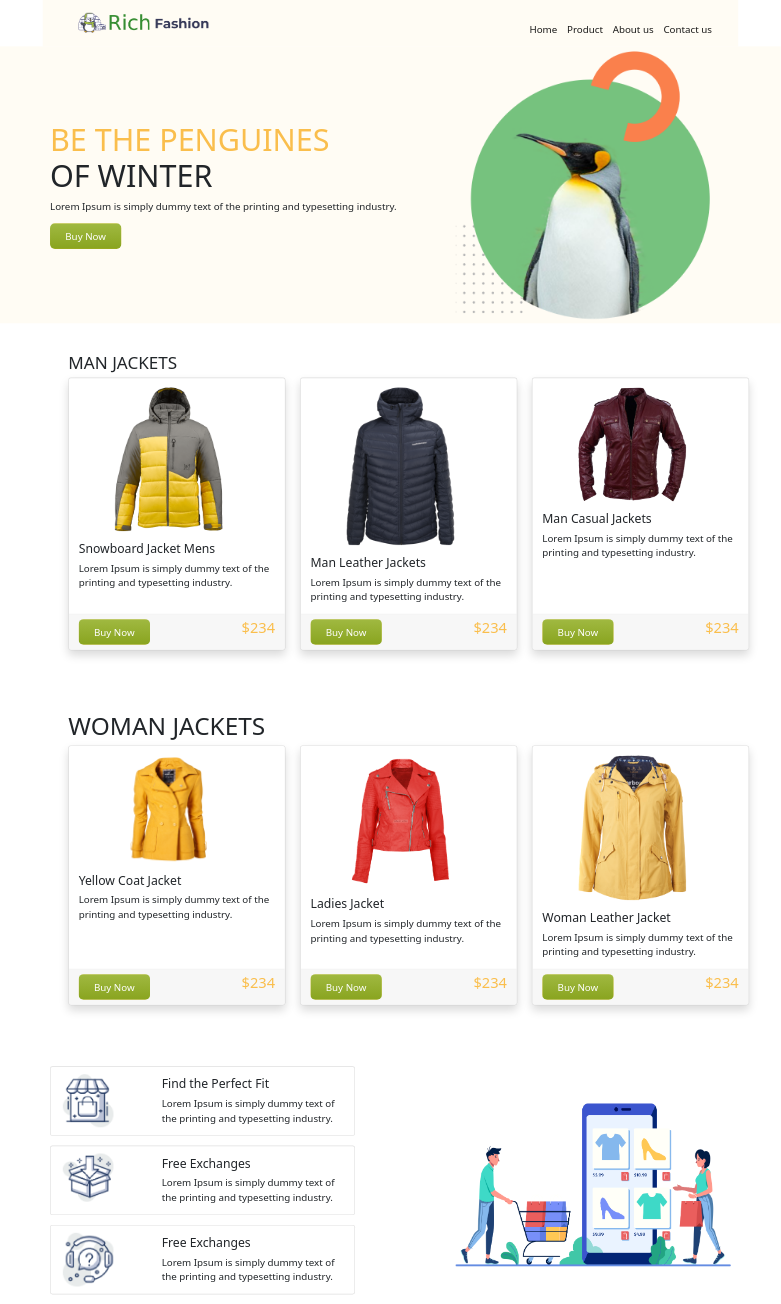
Repository: sabbircse3/fashion
Page: index.html
The author's editor kept a copy of each file at every save. The page is drawn from the files as they stood at one save, then again after a run of saves.
The browser window is 1280 px wide. The pictures show the whole page, at 61% of full size.

Above is the page before, as saved 2021-01-14 04:17:33.

### index.html
<!DOCTYPE html>
<html lang="en">
<head>
    <meta charset="UTF-8">
    <meta name="viewport" content="width=device-width, initial-scale=1.0">
    <title>Rich Fashion</title>

    <link rel="stylesheet" href="css/bootstrap.min.css">
    <style>
        .bg{
            background-color: #fffbf0be;
        }
        #hmenu{
            margin: 20px 0px 0px 500px;
        }
        .half-width{
            width: 35%;
            float: left;
            margin-left: 9%;
            padding-left: 2%;
        }
        .half-width h1{
            margin-top: 150px;
        }
        .half-width img{
            width: 100%;
        }

        h1{
            font-size: 50px;
        }
        h2{
            font-size: 40px;
        }
        .name-highlight{
            color: #FABE4C;
        }
        .names{
            margin:0px 0px 100px 100px;
            position: relative;
            background-color: white;
        }
        .secound{


        }
        .secound-img{
            image-orientation: inherit;

        }
        .h-100 {
    height: 100%!important;
}
.center{
    display: block;
    margin-left:75px;
    margin-top: 15px;
    width: 50%;
}
.img-card-icon{
    margin-left: 20px;
    width: 50%;
    margin-top: 12px;
}
.btn{
    background-image: linear-gradient(to bottom, #A0B941 0%, #89A41F 100%);
    color: #fff;
    border: none;
    border-radius: 8px;
    padding: 9px 25px;
    cursor: pointer;
}
h4{
    position: relative;
    float: right;
    font-size: 30px solid;
    color: #FABE4C;
}

    </style>
</head>
<body>
    <header class="container bg">

        <nav class="navbar navbar-expand-lg navbar-light ">
            <div class="container-fluid">

              <a class="navbar-brand" href="#"><img src="images/Group 33072.png" alt="" width="250px"></a>

              <button class="navbar-toggler" type="button" data-bs-toggle="collapse" data-bs-target="#navbarNavAltMarkup" aria-controls="navbarNavAltMarkup" aria-expanded="false" aria-label="Toggle navigation">
                <span class="navbar-toggler-icon"></span>
              </button>

              <div class="collapse navbar-collapse hmenu"navbarNavAltMarkup">

                <div  class="navbar-nav" id="hmenu" >
                  <a class="nav-link active" aria-current="page" href="#">Home</a>
                  <a class="nav-link active" href="#">Product</a>
                  <a class="nav-link active" href="#">About us</a>
                  <a class="nav-link active" href="#" tabindex="-1" aria-disabled="true">Contact us</a>
                </div>
              </div>
            </div>
          </nav>
    </header>


    <section class="bg">
    <div class="container ">
        <div id="carouselExampleControls" class="carousel slide orange-bg" data-ride="carousel">
            <div class="carousel-inner">
              <div class="carousel-item active">
                <div class="row align-items-center">
                    <div class="col-md-7">
                        <h1><span class="name-highlight">BE THE PENGUINES <br></span>OF WINTER</h1>
                        <p>Lorem Ipsum is simply dummy text of the printing and typesetting industry.</p>
                        <button class="btn btn-warning">Buy Now</button>
                    </div>
                    <div class="col-md-5">
                        <img src="images/penguin.png" class="d-block w-100" alt="...">
                    </div>
                </div>



            </div>

          </div>
    </div>
</section>

    <section class="mt-5 names container">
        <h3>MAN JACKETS</h3>
        <div class="row row-cols-1 row-cols-md-3 g-4">
            <div class="col">
                <div class="card h-100 shadow">
                    <img src="images/image 11.png" class="card-img-top center" alt="...">
                    <div class="card-body">
                        <h5 class="card-title">Snowboard Jacket Mens</h5>
                        <p class="card-text">Lorem Ipsum is simply dummy text of the printing and typesetting industry.</p>
                    </div>
                    <div class="card-footer">
                        <h4>$234</h4>
                        <button class="btn btn-warning">Buy Now</button>
                    </div>
                </div>
            </div>
            <div class="col">
                <div class="card h-100 shadow">
                    <img src="images/toppng 1.png" class="card-img-top center" alt="...">
                    <div class="card-body">
                        <h5 class="card-title">Man Leather Jackets</h5>
                        <p class="card-text">Lorem Ipsum is simply dummy text of the printing and typesetting industry.</p>
                    </div>
                    <div class="card-footer">
                        <h4>$234</h4>
                        <button class="btn btn-warning">Buy Now</button>
                    </div>
                </div>
            </div>
            <div class="col">
                <div class="card h-100 shadow">
                    <img src="images/vippng 1.png" class="card-img-top center" alt="...">
                    <div class="card-body">
                        <h5 class="card-title">Man Casual Jackets</h5>
                        <p class="card-text">Lorem Ipsum is simply dummy text of the printing and typesetting industry.</p>
                    </div>
                    <div class="card-footer">
                        <h4>$234</h4>
                        <button class="btn btn-warning">Buy Now</button>
                    </div>
                </div>
            </div>
        </div>
    </section>

    <section class="mt-5 names container">
        <h2>WOMAN JACKETS</h2>
        <div class="row row-cols-1 row-cols-md-3 g-4">
            <div class="col">
                <div class="card h-100 shadow">
                    <img src="images/SeekPng 1.png" class="card-img-top center" alt="...">
                    <div class="card-body">
                        <h5 class="card-title">Yellow Coat Jacket</h5>
                        <p class="card-text">Lorem Ipsum is simply dummy text of the printing and typesetting industry.</p>
                    </div>
                    <div class="card-footer">
                        <h4>$234</h4>
                        <button class="btn btn-warning">Buy Now</button>
                    </div>
                </div>
            </div>
            <div class="col">
                <div class="card h-100 shadow">
                    <img src="images/image 15.png" class="card-img-top center" alt="...">
                    <div class="card-body">
                        <h5 class="card-title">Ladies Jacket</h5>
                        <p class="card-text">Lorem Ipsum is simply dummy text of the printing and typesetting industry.</p>
                    </div>
                    <div class="card-footer">
                        <h4>$234</h4>
                        <button class="btn btn-warning">Buy Now</button>
                    </div>
                </div>
            </div>
            <div class="col">
                <div class="card h-100 shadow">
                    <img src="images/PngItem_2597366 1.png" class="card-img-top center" alt="...">
                    <div class="card-body">
                        <h5 class="card-title">Woman Leather Jacket</h5>
                        <p class="card-text">Lorem Ipsum is simply dummy text of the printing and typesetting industry.</p>
                    </div>
                    <div class="card-footer">
                        <h4>$234</h4>
                        <button class="btn btn-warning">Buy Now</button>
                    </div>
                </div>
            </div>
        </div>
    </section>

    <section>
        <div class="container ">
            <div id="carouselExampleControls" class="carousel slide orange-bg" data-ride="carousel">
                <div class="carousel-inner">
                  <div class="carousel-item active">
                    <div class="row align-items-center">
                        <div class="col-md-7">
                            <div class="card mb-3" style="max-width: 500px;">
                                <div class="row g-0">
                                  <div class="col-md-4">
                                    <img src="images/image 12.png" alt="..." width="80px" class="img-card-icon">
                                  </div>
                                  <div class="col-md-8">
                                    <div class="card-body">
                                      <h5 class="card-title">Find the Perfect Fit
                                    </h5>
                                      <p class="card-text">Lorem Ipsum is simply dummy text of the printing and typesetting industry.</p>

                                    </div>
                                  </div>
                                </div>
                              </div>
                              <div class="card mb-3" style="max-width: 500px;">
                                <div class="row g-0">
                                  <div class="col-md-4">
                                    <img src="images/image 13.png" alt="..." width="80px" class="img-card-icon">
                                  </div>
                                  <div class="col-md-8">
                                    <div class="card-body">
                                      <h5 class="card-title">Free Exchanges</h5>
                                      <p class="card-text">Lorem Ipsum is simply dummy text of the printing and typesetting industry.</p>
                                    </div>
                                  </div>
                                </div>
                              </div>
                              <div class="card mb-3" style="max-width: 500px;">
                                <div class="row g-0">
                                  <div class="col-md-4">
                                    <img src="images/image 14.png" alt="..." width="80px" class="img-card-icon">
                                  </div>
                                  <div class="col-md-8">
                                    <div class="card-body">
                                      <h5 class="card-title">Free Exchanges</h5>
                                      <p class="card-text">Lorem Ipsum is simply dummy text of the printing and typesetting industry.</p>

                                    </div>
                                  </div>
                                </div>
                              </div>
                        </div>
                        <div class="col-md-5">
                            <img src="images/XMLID 1.png" class="d-block w-100" alt="...">
                        </div>
                    </div>
                </div>
              </div>
        </div>
    </section>

    <script src="js/bootstrap.min.js"></script>
</body>
</html>

Loaded but not shown: css/bootstrap.min.css (library); js/bootstrap.min.js (library)

After the next 2 saves:
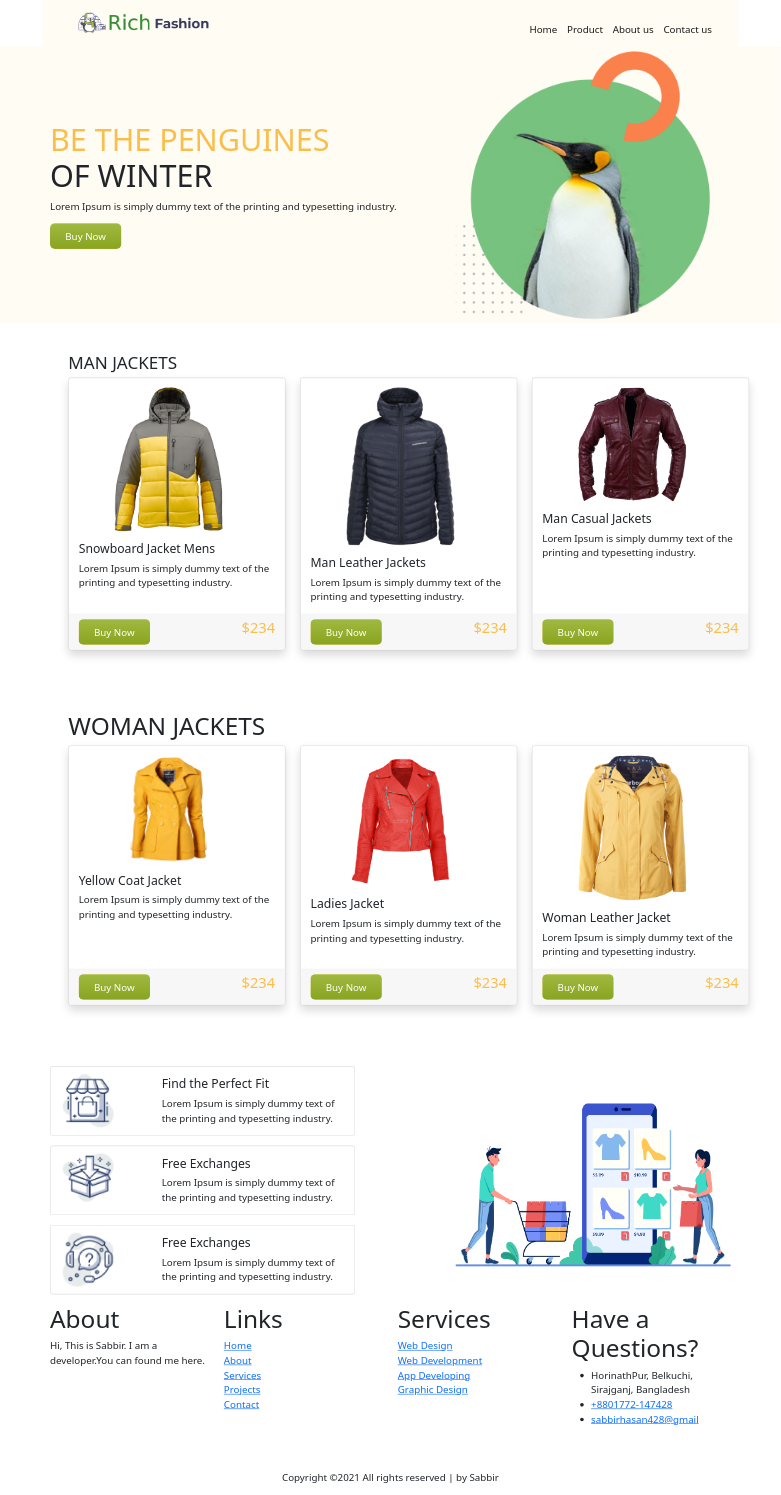
The 2 saves are shown as one change because they came seconds apart.
The last was saved 3 min 3 s later.
--- a/index.html
+++ b/index.html
@@ -278,6 +278,69 @@ h4{
         </div>
     </section>
 
+
+    <footer class="ftco-footer ftco-section">
+        <div class="container">
+          <div class="row mb-5">
+            <div class="col-md">
+              <div class="ftco-footer-widget mb-4">
+                <h2 class="ftco-heading-2">About</h2>
+                <p>Hi, This is Sabbir. I am a developer.You can found me here.</p>
+                <ul class="ftco-footer-social list-unstyled float-md-left float-lft mt-5">
+                  <li class="ftco-animate"><a href="https://twitter.com/SabbirCSE16" target="_blank"><span class="icon-twitter"></span></a></li>
+                  <li class="ftco-animate"><a href="https://www.facebook.com/SabbirCSE2016" target="_blank"><span class="icon-facebook"></span></a></li>
+                  <li class="ftco-animate"><a href="#"><span class="icon-instagram"></span></a></li>
+                </ul>
+              </div>
+            </div>
+            <div class="col-md">
+              <div class="ftco-footer-widget mb-4 ml-md-4">
+                <h2 class="ftco-heading-2">Links</h2>
+                <ul class="list-unstyled">
+                  <li><a href="#"><span class="icon-long-arrow-right mr-2"></span>Home</a></li>
+                  <li><a href="#"><span class="icon-long-arrow-right mr-2"></span>About</a></li>
+                  <li><a href="#"><span class="icon-long-arrow-right mr-2"></span>Services</a></li>
+                  <li><a href="#"><span class="icon-long-arrow-right mr-2"></span>Projects</a></li>
+                  <li><a href="#"><span class="icon-long-arrow-right mr-2"></span>Contact</a></li>
+                </ul>
+              </div>
+            </div>
+            <div class="col-md">
+               <div class="ftco-footer-widget mb-4">
+                <h2 class="ftco-heading-2">Services</h2>
+                <ul class="list-unstyled">
+                  <li><a href="#"><span class="icon-long-arrow-right mr-2"></span>Web Design</a></li>
+                  <li><a href="#"><span class="icon-long-arrow-right mr-2"></span>Web Development</a></li>
+
+                  <li><a href="#"><span class="icon-long-arrow-right mr-2"></span>App Developing</a></li>
+                  <li><a href="#"><span class="icon-long-arrow-right mr-2"></span>Graphic Design</a></li>
+                </ul>
+              </div>
+            </div>
+            <div class="col-md">
+              <div class="ftco-footer-widget mb-4">
+                  <h2 class="ftco-heading-2">Have a Questions?</h2>
+                  <div class="block-23 mb-3">
+                    <ul>
+                      <li><span class="icon icon-map-marker"></span><span class="text">HorinathPur, Belkuchi, Sirajganj, Bangladesh</span></li>
+                      <li><a href="#"><span class="icon icon-phone"></span><span class="text">+8801772-147428</span></a></li>
+                      <li><a href="#"><span class="icon icon-envelope"></span><span class="text">sabbirhasan428@gmail</span></a></li>
+                    </ul>
+                  </div>
+              </div>
+            </div>
+          </div>
+          <div class="row">
+            <div class="col-md-12 text-center">
+
+              <p>
+    Copyright &copy;<script>document.write(new Date().getFullYear());</script> All rights reserved | <i class="icon-heart color-danger" aria-hidden="true"></i> by Sabbir
+    </p>
+            </div>
+          </div>
+        </div>
+      </footer>
+
     <script src="js/bootstrap.min.js"></script>
 </body>
 </html>
